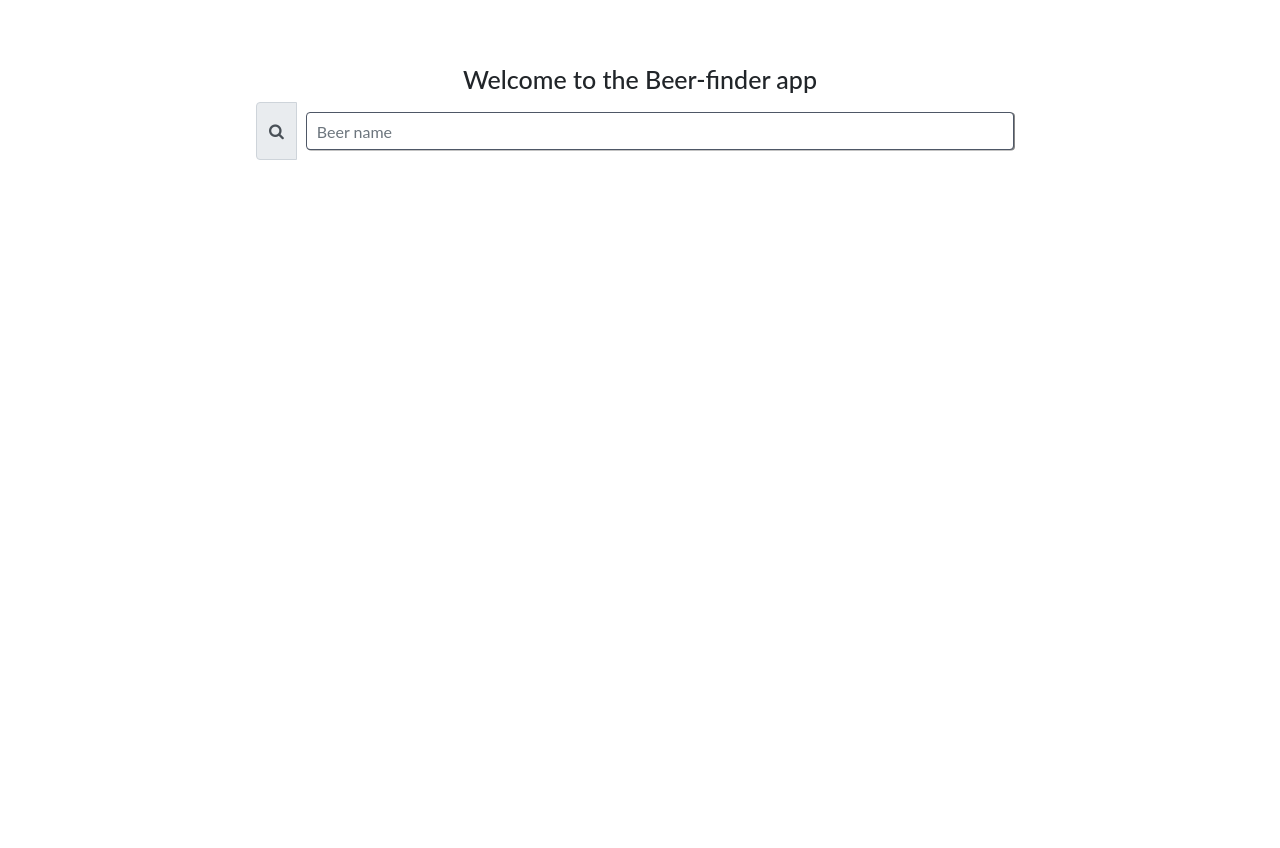
Repository: marcinszymaszek/beer-finder
Page: /
The author's editor kept a copy of each file at every save. The page is drawn from the files as they stood at one save, then again after the next save.
The browser window is 1280 px wide. The pictures show the whole page.
The project was rebuilt for these pictures with package versions that can differ from the ones it lists, and the page was loaded fresh each time. Also part of the build but not shown: src/components/beers/Beers.css.

Above is the page before, as saved 2020-05-24 17:55:54.

### public/index.html
<!DOCTYPE html>
<html lang="en">
  <head>
    <meta charset="utf-8" />
    <link rel="icon" href="%PUBLIC_URL%/favicon.ico" />
    <link rel="stylesheet" href="https://stackpath.bootstrapcdn.com/font-awesome/4.7.0/css/font-awesome.min.css">
    <meta name="viewport" content="width=device-width, initial-scale=1" />
    <meta name="theme-color" content="#000000" />
    <meta
      name="description"
      content="Web site created using create-react-app"
    />
    <link rel="apple-touch-icon" href="%PUBLIC_URL%/logo192.png" />
    <!--
      manifest.json provides metadata used when your web app is installed on a
      user's mobile device or desktop. See https://developers.google.com/web/fundamentals/web-app-manifest/
    -->
    <link rel="manifest" href="%PUBLIC_URL%/manifest.json" />
    <!--
      Notice the use of %PUBLIC_URL% in the tags above.
      It will be replaced with the URL of the `public` folder during the build.
      Only files inside the `public` folder can be referenced from the HTML.

      Unlike "/favicon.ico" or "favicon.ico", "%PUBLIC_URL%/favicon.ico" will
      work correctly both with client-side routing and a non-root public URL.
      Learn how to configure a non-root public URL by running `npm run build`.
    -->
    <title>Beer-finder App</title>
  </head>
  <body>
    <noscript>You need to enable JavaScript to run this app.</noscript>
    <div id="root"></div>
    <!--
      This HTML file is a template.
      If you open it directly in the browser, you will see an empty page.

      You can add webfonts, meta tags, or analytics to this file.
      The build step will place the bundled scripts into the <body> tag.

      To begin the development, run `npm start` or `yarn start`.
      To create a production bundle, use `npm run build` or `yarn build`.
    -->
  </body>
</html>

### src/index.js
import React from 'react';
import ReactDOM from 'react-dom';
import './index.css';
import App from './components/main/App';
import * as serviceWorker from './serviceWorker';
import 'bootstrap/dist/css/bootstrap.min.css';

ReactDOM.render(
  <React.StrictMode>
    <App />
  </React.StrictMode>,
  document.getElementById('root')
);

// If you want your app to work offline and load faster, you can change
// unregister() to register() below. Note this comes with some pitfalls.
// Learn more about service workers: https://bit.ly/CRA-PWA
serviceWorker.unregister();

### src/components/main/App.js
import React from 'react';
import './App.css';
import Search from '../search/Search'


const App = () => {

  return (
    <div className="main-container">
      <Search />
    </div>
  );
}

export default App;

### src/components/main/App.css
.main-container {
  font-family: Lato, sans-serif;
  font-size: 1.5em;
  height: 100vh;
  line-height: 20px;
  font-size: 1.3rem;
  text-align: center;
  margin: 5% 20%;
}


.app-title{
  line-height: normal;
  font-size: 25px;
}

@media (max-width: 790px)  {
  .main-container  {
    font-size: 1.2em;
  }
}

@media (max-width: 580px)  {
  .main-container  {
    height: auto;
    margin-bottom: 20%;
    margin-left: 15%;
    margin-right: 15%;
  }
}

### src/components/search/Search.js
import React, { useState } from 'react';
import './Search.css';
import axios from 'axios';
import Pagination from '../pagination/Pagination';
import Beers from '../beers/Beers';
import Form from '../form/Form';
import Loader from '../../loader.gif';

const Search = () => {

    const [query, setQuery] = useState('');
    const [beers, setBeers] = useState([]);
    const [loading, setLoading] = useState(false);
    const [message, setMessage] = useState('');

    const [currentPage, setCurrentPage] = useState(1);
    const [beersPerPage, setBeersPerPage] = useState(10);


    const fetchSearchBeers = (updatedPageNo = '', query) => {
        let cancel = "";
        const pageNumber = updatedPageNo ? `&per_page=${updatedPageNo}` : '';
        const searchUrl = `https://api.punkapi.com/v2/beers?beer_name=${query}${pageNumber}`;
        if (cancel) {
            cancel.cancel();
        }
        cancel = axios.CancelToken.source();
        axios.get(searchUrl, {
            cancelToken: cancel.token
        })
            .then((res) => {
                const resultNotFoundMsg = !res.data.length
                    ? 'There are no more search beers. Please try a new search..'
                    : '';
                setMessage(resultNotFoundMsg);
                setLoading(false);
                setBeers(res.data);
            })
            .catch((error) => {
                if (axios.isCancel(error) || error) {
                    setLoading(false);
                    setMessage('Failed to fetch beers.Please check network..');
                }
            });
    };


    const handleOnInputChange = (event) => {
        const query = event.target.value;
        if (!query) {
            setBeers([]);
            setMessage("");
        } else {
            setQuery(query);
            setLoading(true);
            setMessage("");
            fetchSearchBeers(80, query);
        }
    };

    // Get current beers
    const indexOfLastBeer = currentPage * beersPerPage;
    const indexOfFirstBeer = indexOfLastBeer - beersPerPage;
    const currentBeers = beers.slice(indexOfFirstBeer, indexOfLastBeer);

    //Change page
    const paginate = pageNumber => setCurrentPage(pageNumber);


    return (
        <>
            <div className="inline-container">
                <h1 className="app-title">Welcome to the Beer-finder app</h1>
                <Form handleOnInputChange={handleOnInputChange} query={query} />
            </div>
            <Beers currentBeers={currentBeers} />
            <Pagination beersPerPage={beersPerPage}
                totalBeers={beers.length}
                paginate={paginate}
            />

            {message && <p className="message">{message}</p>}

            <img src={Loader} className={`search-loading ${loading ? 'show' : 'hide'}`} alt="loader" />

        </>
    )
}

export default Search;

### src/components/search/Search.css
.inline-container {
    flex-flow: wrap;
    align-content: center;
    align-items: stretch;
    justify-content: space-around;
}

/*Loader*/
.search-loading {
    position: absolute;
	left: 0;
	right: 0;
	margin: auto;
}

/*Show and hide*/
.show {
	display: inline-block;
}.hide {
	display: none;
}


@media (max-width: 790px)  {
    .inline-container {
        justify-content: space-evenly;
    }
}

### src/components/pagination/Pagination.js
import React from "react";
import './Pagination.css';

const Pagination = ({ beersPerPage, totalBeers, paginate }) => {
    const beerNumbers = [];

    for (let i = 1; i <= Math.ceil(totalBeers / beersPerPage); i++) {
        beerNumbers.push(i);
    }

    return (
        <nav>
            <ul className="pagination" id="beer-list-pagination">
                {beerNumbers.map(number => (
                    <li key={number} className="page-item">
                        <a  href="!#" className="page-link">
                            {number}
                        </a>
                    </li>
                ))}
            </ul>
        </nav>
    )
}


export default Pagination;

### src/components/beers/Beers.js
import React from "react";
import './Beers.css';

const Beers = ({ currentBeers }) => {

    const renderSearchBeers = () => {
        if (Object.keys(currentBeers).length && currentBeers.length) {
            return (
                <div className="image-container">
                    {currentBeers.map((beer) => {
                        return (
                            <div key={beer.id}>
                                <img className="beer-img" src={beer.image_url} alt={beer.name} />
                                <h2 id="beer-title">{beer.name}</h2>
                            </div>
                        );
                    })}
                </div>
            );
        }
    };


    return (
        <>
            {renderSearchBeers()}
        </>
    )
}


export default Beers;

### src/components/form/Form.js
import React from "react";
import './Form.css';

const Form = ({ handleOnInputChange, query }) => {


    return (

        <div className="input-group">
            <div className="input-group-prepend">
                <span className="input-group-text" id="basic-addon">
                    <i className="fa fa-search prefix"></i>
                </span>
            </div>
            <input
                className="form-control"
                id="beer-form-input"
                type="text"
                placeholder="Beer name"
                value={query}
                onChange={event => handleOnInputChange(event)}
            />
        </div>

    );

};

export default Form;

### src/components/pagination/Pagination.css
#beer-list-pagination{
    display: inline-flex;
    align-items: center;
}

### src/components/form/Form.css
#beer-form-input {
    width: 40%;
    margin: 10px;
    padding: 18px 10px;
    border-radius: 4px;
    border: 1px solid #4e5766;
    box-shadow: 1px 0.5px #888888;
}

@media (max-width: 790px)  {
    #beer-form-input {
        width: 80%;
    }
}

@media (max-width: 580px)  {
    #beer-form-input {
        width: 100%;
        margin: 20px 0px;
        padding: 18px 10px;
    }
  }

Loaded but not shown: src/index.css (common file); src/serviceWorker.js (common file)

After the next save:
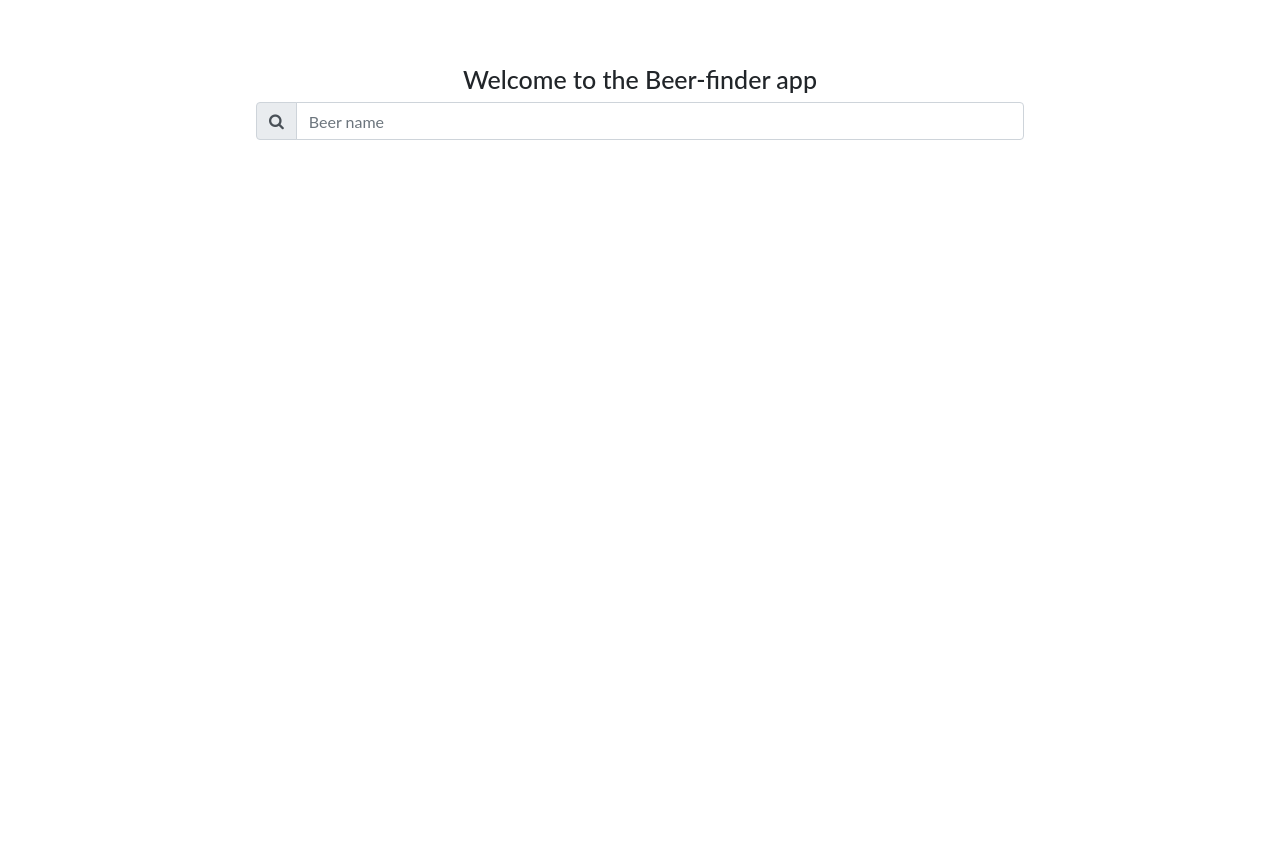
Saved 5 s later.
--- a/src/components/form/Form.css
+++ b/src/components/form/Form.css
@@ -1,11 +1,11 @@
-#beer-form-input {
+/* #beer-form-input {
     width: 40%;
     margin: 10px;
     padding: 18px 10px;
     border-radius: 4px;
     border: 1px solid #4e5766;
     box-shadow: 1px 0.5px #888888;
-}
+} */
 
 @media (max-width: 790px)  {
     #beer-form-input {
